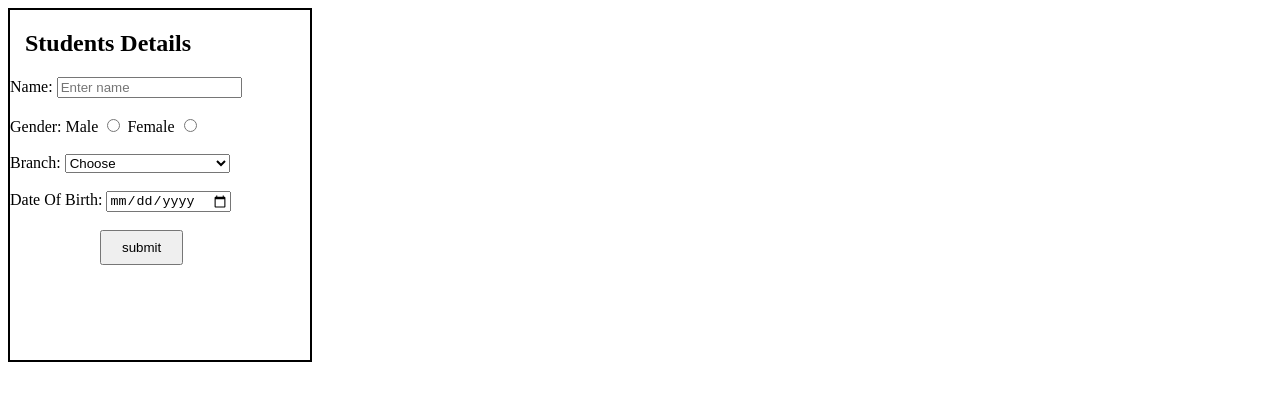
Repository: netravatih-paycorp/Assignments
Page: http://localhost/SpringMvc/home.jsp
The author's editor kept a copy of each file at every save. The page is drawn from the files as they stood at one save, then again after the next save.
The browser window is 1280 px wide. The pictures show the whole page.
The page is served by Tomcat 9. Other server files are loaded and not shown.

Above is the page before, as saved 2023-07-17 12:21:06.

### SpringMvc/src/main/webapp/home.jsp
<html>
<head>
<script>
function validateDate()
{
	 var input= document.getElementById("DOB").value;

	 var today = new Date();
	 var selectedDate = new Date(input);
	    if (selectedDate >= today) {
	        alert("Invalid date of birth..!");

	    }
	    else
	    	{
	    	alert("valid date of Birth..")
	    	document.getElementById("saveForm").submit();
	    	}
}
</script>

<style>
.h{
        background-color: white;
        border: 2px solid black;
        height:350px;
        width:300px;


}

button
      {
        padding: 8px 20px;
        margin-left: 90px;

      }
</style>

</head>

<body>
<div class="h">
    <form action="save" method="post" id="saveForm" >
                 <h2 style="margin-left:15px;"> Students Details</h2>

	<label>Name:</label>
    <input type="text" name="name" placeholder="Enter name">
		<br>
		<br>

		<label>Gender:</label>
		<label>Male</label>	<input type="radio" name="gender" value="male">
		<label>Female</label>	<input type="radio" name="gender" value="female">
		 <br>
		 <br>

		 <label>Branch:</label>
		 <select  name="branch" >
		   <option> Choose </option>
           <option>Computer Science</option>
           <option>Electrical Engineering</option>
           <option >Mechanical Engineering</option>
           <option>Civil Engineering</option>
           <option>E&C Engineering</option>
           </select>
       <br>
       <br>

		Date Of Birth: <input type="date" id="DOB" name="DOB" >
        <br>
        <br>
		<button onClick="validateDate()" type="button">submit</button>
	</form>

	</div>


</body>
</html>

After the next save:
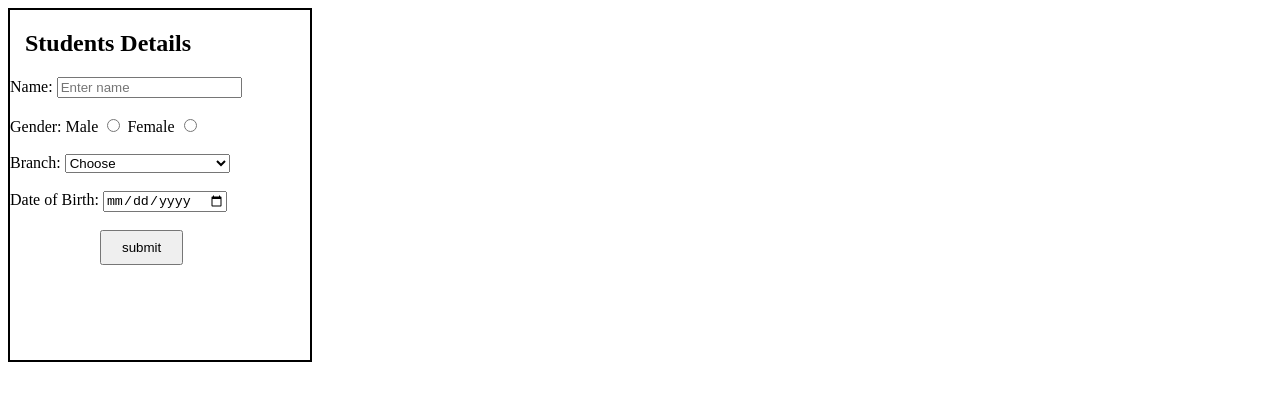
Saved 19 s later.
--- a/SpringMvc/src/main/webapp/home.jsp
+++ b/SpringMvc/src/main/webapp/home.jsp
@@ -67,7 +67,8 @@ button
        <br>
        <br>
 
-		Date Of Birth: <input type="date" id="DOB" name="DOB" >
+       <label>Date of Birth:</label>
+		 <input type="date" id="DOB" name="DOB" >
         <br>
         <br>
 		<button onClick="validateDate()" type="button">submit</button>
